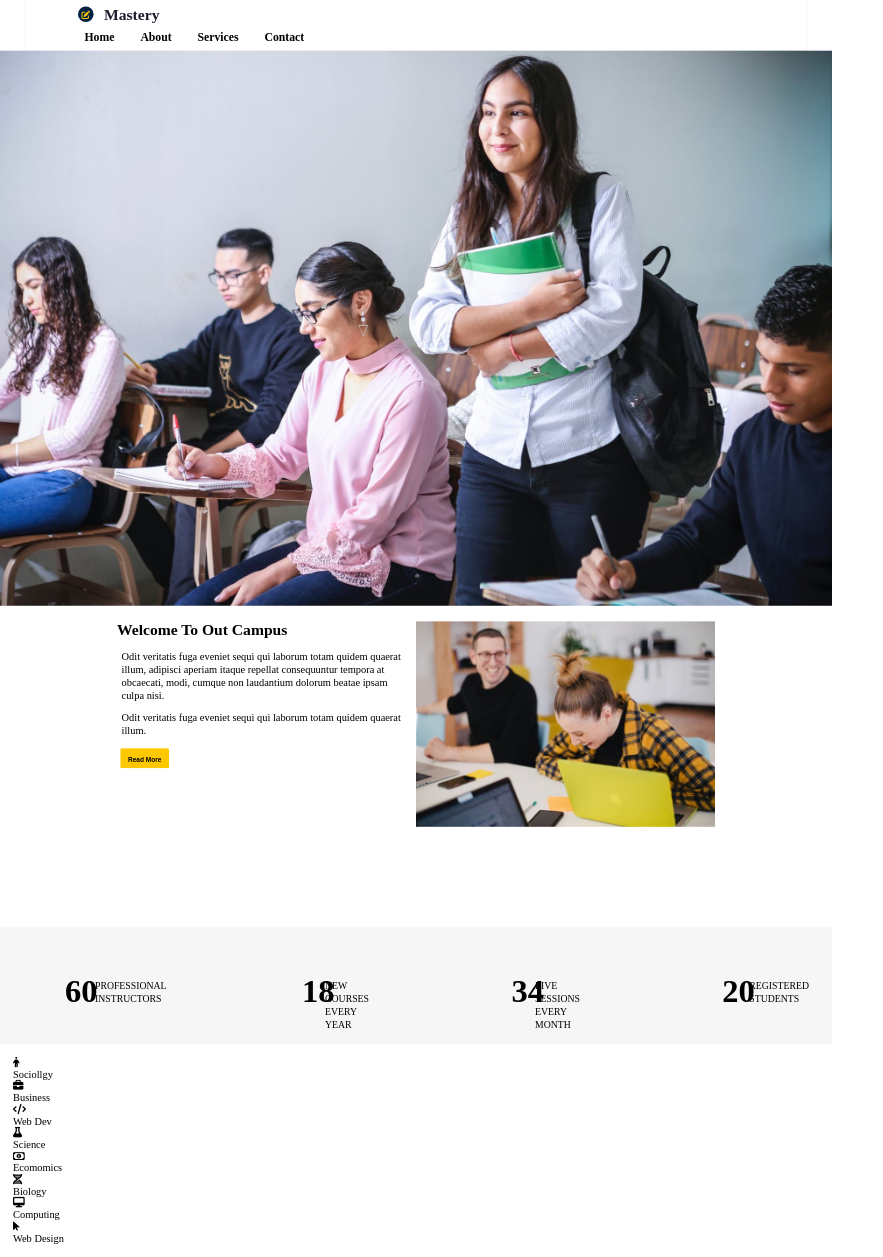
Repository: trminhphuc1504/Mastery
Page: index.html
The author's editor kept a copy of each file at every save. The page is drawn from the files as they stood at one save, then again after the next save.
The browser window is 1280 px wide. The page is 1358 px wide, so the pictures cover 1358 px, including what lies to the right of the window. The pictures show the whole page, at 65% of full size.
Some web libraries are served in a nearby version.

Above is the page before, as saved 2024-08-24 13:14:27.

### index.html
<!DOCTYPE html>
<html lang="en">
  <head>
    <meta charset="UTF-8" />
    <meta http-equiv="X-UA-Compatible" content="IE=edge" />
    <meta name="viewport" content="width=device-width, initial-scale=1.0" />

    <!-- Font Awesome -->
    <link
      rel="stylesheet"
      href="https://cdnjs.cloudflare.com/ajax/libs/font-awesome/6.6.0/css/all.min.css"
    />

    <link rel="stylesheet" href="./css/style.css" />
    <title>Mastery</title>
  </head>
  <body>
    <!-- Header -->
    <section id="header">
      <div class="container">
        <header>
          <div class="header-logo">
            <a href="#" class="logo">
              <i class="fa-solid fa-pen-to-square"> </i>
              <span class="header-title">Mastery</span>
            </a>
          </div>

          <nav class="header-nav">
            <ul>
              <li>
                <a href="#">Home</a>
              </li>
              <li>
                <a href="#">About</a>
              </li>
              <li>
                <a href="#">Services</a>
              </li>
              <li>
                <a href="#">Contact</a>
              </li>
            </ul>
          </nav>
        </header>
      </div>
    </section>

    <!-- poster -->
    <section id="poster">
      <div class="poster-img">
        <img src="./images/2.jpg" alt="poster" />
      </div>
    </section>

    <!-- banner -->

    <section id="banner">
      <div class="banner-content">
        <div class="banner-container">
          <div class="banner-item">
            <div id="left">
              <h2 class="banner-title">Welcome To Out Campus</h2>
              <p class="banner-desc">
                Odit veritatis fuga eveniet sequi qui laborum totam quidem
                quaerat illum, adipisci aperiam itaque repellat consequuntur
                tempora at obcaecati, modi, cumque non laudantium dolorum beatae
                ipsam culpa nisi.
              </p>
              <p>
                Odit veritatis fuga eveniet sequi qui laborum totam quidem
                quaerat illum.
              </p>
              <div class="banner-button">
                <button class="banner-btn"><b> Read More </b></button>
              </div>
            </div>
            <div id="right">
              <img src="./images/g1.jpg" alt="banner" />
            </div>
          </div>
        </div>
        <!-- <div class="banner-button">
          <button class="banner-btn"><b> Read More </b></button>
        </div> -->
        <!-- <div id="right">
          <img src="./images/g1.jpg" alt="banner" />
        </div> -->
      </div>
    </section>

    <!-- content -->
    <section id="content">
      <div class="content-container">
        <div class="content-content">
          <div class="content-item">
            <h3>60</h3>
            <p>Professional Instructors</p>
          </div>
          <div class="content-item">
            <h3>18</h3>
            <p>New Courses Every Year</p>
          </div>
          <div class="content-item">
            <h3>34</h3>
            <p>Live Sessions Every Month</p>
          </div>
          <div class="content-item">
            <h3>20</h3>
            <p>Registered Students</p>
          </div>
        </div>
      </div>
    </section>

    <section id="banner">
      <div class="banner-container">
        <div class="banner-content">
          <div class="banner-items">
            <div class="banner-slide">
              <i class="fa-solid fa-person"></i>
              <p>Sociollgy</p>
            </div>
          </div>
          <div class="banner-items">
            <div class="banner-slide">
              <i class="fa-solid fa-briefcase"></i>
              <p>Business</p>
            </div>
          </div>
          <div class="banner-items">
            <div class="banner-slide">
              <i class="fa-solid fa-code"></i>
              <p>Web Dev</p>
            </div>
          </div>
          <div class="banner-items">
            <div class="banner-slide">
              <i class="fa-solid fa-flask"></i>
              <p>Science</p>
            </div>
          </div>
          <div class="banner-items">
            <div class="banner-slide">
              <i class="fa-regular fa-money-bill-1"></i>
              <p>Ecomomics</p>
            </div>
          </div>
          <div class="banner-items">
            <div class="banner-slide">
              <i class="fa-solid fa-dna"></i>
              <p>Biology</p>
            </div>
          </div>
          <div class="banner-items">
            <div class="banner-slide">
              <i class="fa-solid fa-desktop"></i>
              <p>Computing</p>
            </div>
          </div>
          <div class="banner-items">
            <div class="banner-slide">
              <i class="fa-solid fa-arrow-pointer"></i>
              <p>Web Design</p>
            </div>
          </div>
        </div>
      </div>
    </section>
  </body>
</html>

### css/style.css
* {
    margin: 0;
    padding: 0;
    box-sizing: border-box;
}

a{
    text-decoration: none;
}

.container{
    max-width: 1200px;
    margin: auto;
}



/* header .header-logo{
    background-color:pink;
    padding: 20px ;
} */

/* Header */

header{
    background-color:white;
    padding: 10px 0;
    box-shadow: 0 2px 4px rgba(0, 0, 0, 0.1);
}

.header-logo{
    display: flex;
    align-items:center;
    margin-left: 80px;
    margin-bottom: 10px;
}

.logo{
    font-size:24px;
    text-decoration: none;
    text-align: center;

}

.logo i{
    width: 24px;
    height: 24px;
    margin-right: 10px;
    line-height: 24px;
    border-radius:50%;
    background-color:#002146;
    font-size: 13px;
    vertical-align: top;
    color:#FDC800;
    display: inline-block;
}


.header-nav ul{
    list-style: none;
    display: flex;
    gap: 40px;
    display: flex;
    align-items: center;
    margin-left:90px;
}


.logo .header-title{
    color:#1B1D2D;
    font-weight: 700;
}


.header-nav ul li a{
    font-size:18px;
    color:#000;
    font-weight: 600;
}

/* Poster */
.poster-img img{
    width:100%;
}

/* Banner */
.banner-content .banner-container{
    margin:auto;
    width:75%;
    padding-top: 50px;
    padding-bottom: 120px;
}

 .banner-content .banner-container .banner-item #left{
    float:left;
    width: 50%;
}

 /* .banner-content .banner-container{
    padding-top: 50px;
} */

.banner-content .banner-container .banner-item #right{
    float:right;
    width: 50%;
}

 .banner-content .banner-container .banner-item #right img{
    width: 100%;
}

.banner-content .banner-container .banner-item #left .banner-title{
    padding-bottom: 10px;
}

/* .banner-content .banner-container .banner-item #left .banner-title .banner-desc p{
    margin-bottom: 30px;
    margin-top: 20px;
} */

#left p{
    padding: 7px;
    line-height: 20px;
    /* margin-top: px; */
}



.banner-button .banner-btn{
    background-color:#FDC800;
    padding: 5px 10px;
    font-weight: 400;
    font-size: 15px;
    outline: none;
    border:2px solid transparent;
    margin: 10px 5px;
    border-radius:5%;
}

.banner-button .banner-btn b{
    font-size: 10px;
}


/* Content */
#content {
    margin-top: 450px;
    background-color: #F6F6F6;
    height: 180px;
}

.content-container .content-content{
    display: flex;
    --number-item:4
    --gap:50px
    gap: var(--gap);
    /* gap:50px; */
}

.content-content .content-item{
    display: flex;
    gap:5px;
    padding: 70px 100px;
    width: calc((100% - calc(var(--number-item) - 1) * var(--gap)) / var(--number-item));
}



.content-content .content-item h3{
    font-size: 50px;
    width: 25%;
}

.content-content .content-item p{
    text-transform: uppercase;
    font-size: 15px;
    padding-top: 10px;
    width: 50%;
    font-weight: 500;
    line-height: 20px;
}


/* Banner */
#banner .banner-container{
    padding:20px;
}

After the next save:
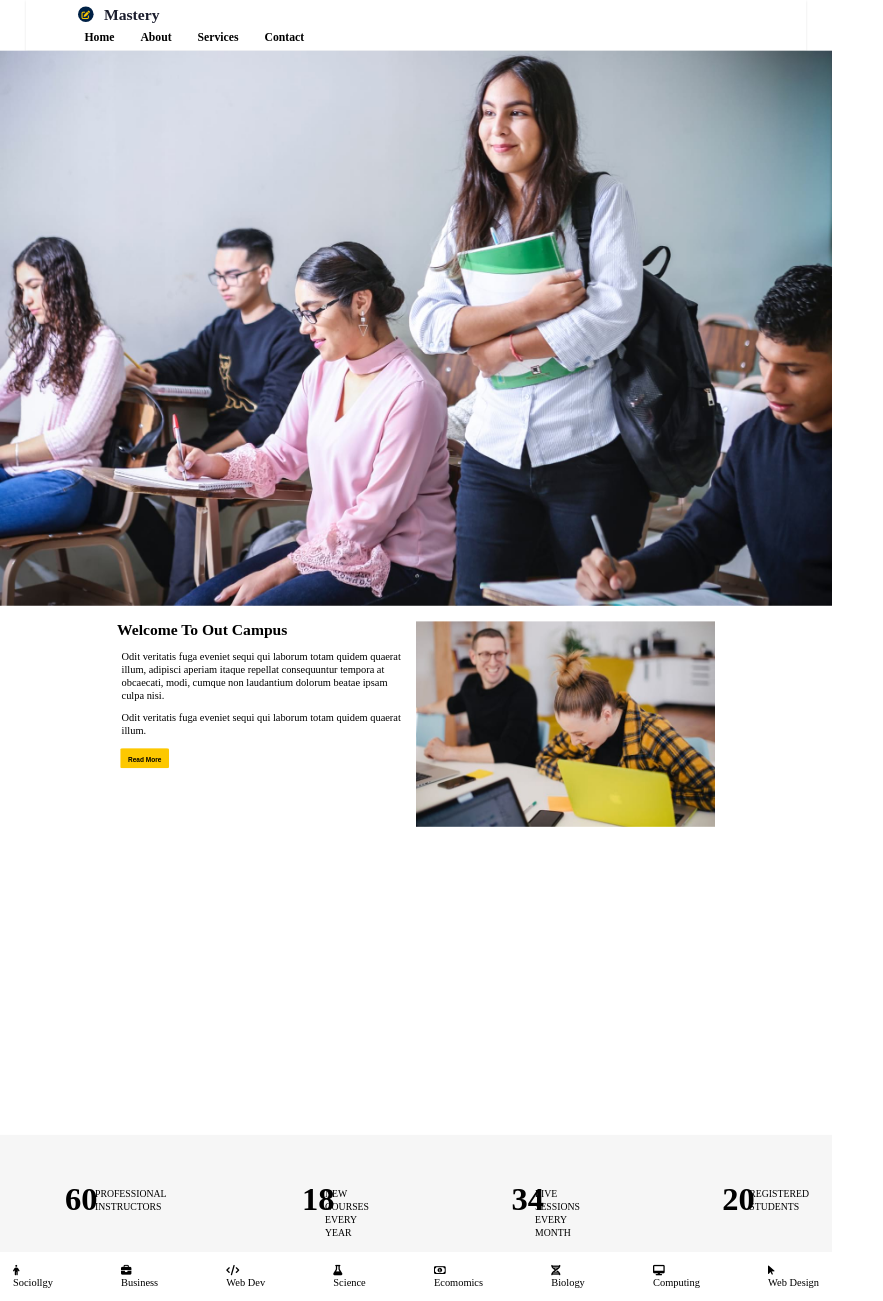
Saved 40 s later.
--- a/css/style.css
+++ b/css/style.css
@@ -185,3 +185,10 @@ header{
 #banner .banner-container{
     padding:20px;
 }
+
+#banner .banner-content{
+    display: flex;
+    flex-wrap: wrap;
+    justify-content: space-between;
+    gap:20px;
+}
